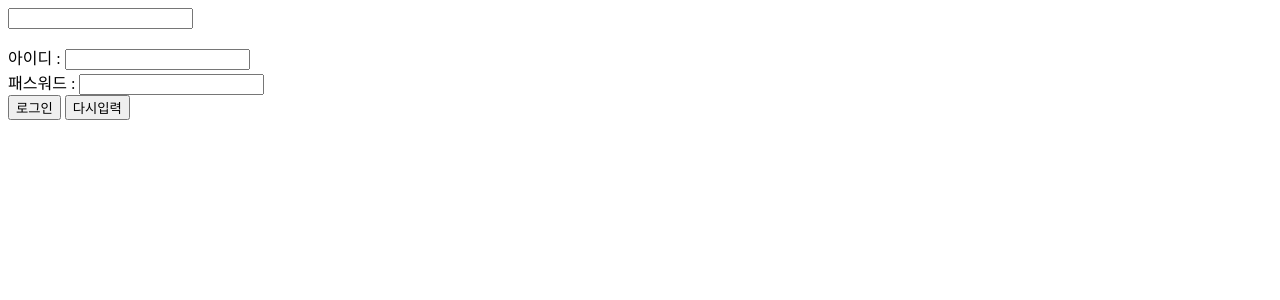
Repository: onerain5120/db_conn
Page: eclipse-workspace/pro06/src/main/webapp/login.html
The author's editor kept a copy of each file at every save. The page is drawn from the files as they stood at one save, then again after the next save.
The browser window is 1280 px wide. The pictures show the whole page.

Above is the page before, as saved 2023-09-27 01:36:13.

### eclipse-workspace/pro06/src/main/webapp/login.html
<!DOCTYPE html>
<html>

<head>
	<meta charset="UTF-8">
	<title>Insert title here</title>
</head>

<body>

	<input type="text"><p></p>
	<form method="get" action="login.html">
		아이디 : <input type="text" name="user_id"><br>
		패스워드 : <input type="password" name="user_pw"><br>

		<input type="submit" value="로그인">
		<input type="reset" value="다시입력">

	</form>




</body>

</html>

After the next save:
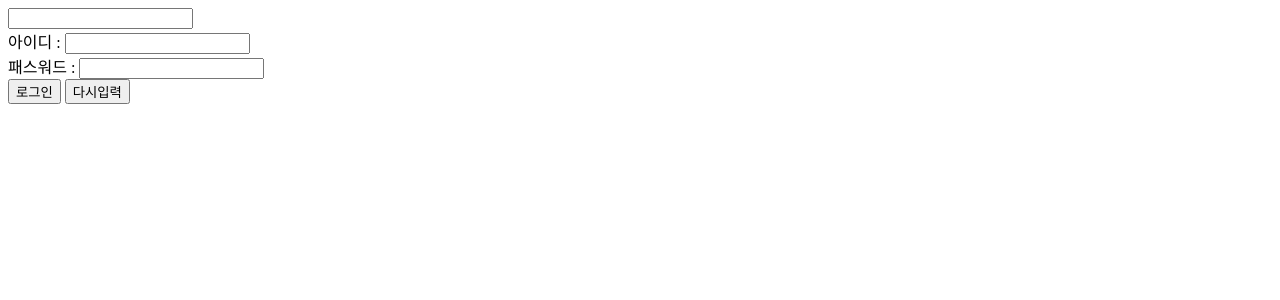
Saved 7 s later.
--- a/eclipse-workspace/pro06/src/main/webapp/login.html
+++ b/eclipse-workspace/pro06/src/main/webapp/login.html
@@ -8,7 +8,7 @@
 
 <body>
 
-	<input type="text"><p></p>
+	<input type="text">
 	<form method="get" action="login.html">
 		아이디 : <input type="text" name="user_id"><br>
 		패스워드 : <input type="password" name="user_pw"><br>
